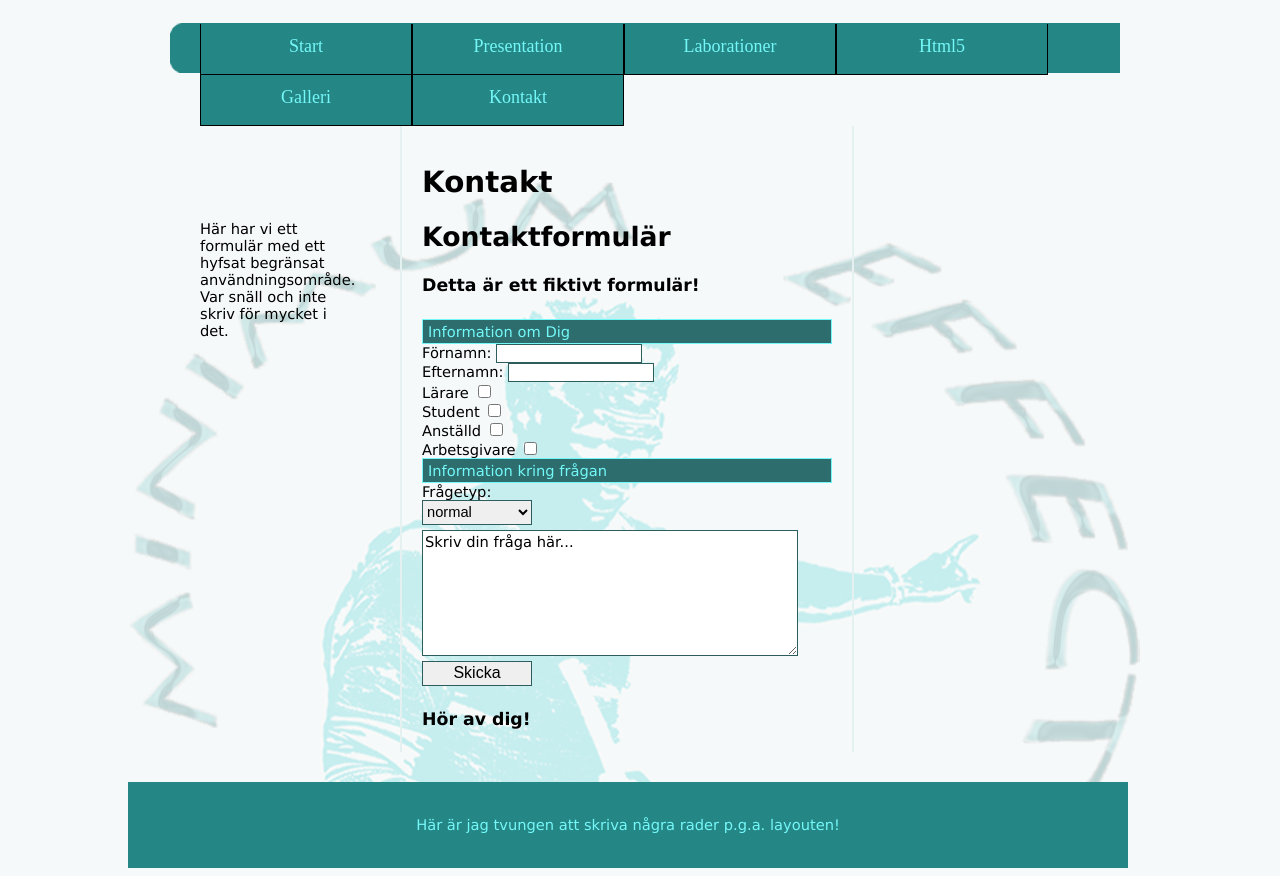
Repository: kb222jf/1ik415-laborationer
Page: Pages/Kontakt.html
The author's editor kept a record of every edit. The page is drawn from the files as they stood at one moment, then again after the next edit.
The browser window is 1280 px wide. The pictures show the whole page.
Backgrounds fixed to the window are drawn as part of the page.

Above is the page before.

### Pages/Kontakt.html
<!doctype html>
<html lang="sv">
	<head>
	<meta charset="utf-8" name="viewport" content="width:device-width, initial-scale=1" />
	<title>Kontakt</title>
  <!-- Favicon -->
        <link rel="shortcut icon" href="../Css/Pics/favicon.png" type="image/png" />
<!-- Apple touch icons -->
        <link rel="apple-touch-icon-precomposed" sizes="144x144" href="../Pics/apple-touch.icon-screen.png" />
        <link rel="apple-touch-icon-precomposed" sizes="114x114" href="../Pics/apple-touch.icon-720.png" />
        <link rel="apple-touch-icon-precomposed" sizes="57x57" href="../Pics/apple-touch.icon-480.png" />

<!-- All Devices -->
	    <link rel="stylesheet" href="../Css/Style.css" />
<!-- Resolution Screens > 720px -->
        <link rel="stylesheet" media="screen and (max-width: 1161px)" href="../Css/Screen.css" />
<!-- Resolution Smartphones <= 720px -->
        <link rel="stylesheet" media="only screen and (max-width:721px)" href="../Css/Mobile720.css" />
<!-- Resolution Smartphones <= 480px -->
        <link rel="stylesheet" media="only screen and (max-width: 481px)" href="../Css/Mobile480.css" />

</head>

<body>
<div id="container">

<!-- Meny start-->
    <div id="navigation">
        <ul>
            <li><a href="../Index.html">Start</a></li>
            <li><a href="Presentation.html">Presentation</a></li>
            <li><a href="Laborationer.html">Laborationer</a></li>
            <li><a href="Html5.html">Html5</a></li>
            <li><a href="../Gallery/index.html">Galleri</a></li>
            <li><a href="Kontakt.html">Kontakt</a></li>
        </ul>
    </div>
<!-- Meny slut-->

<div id="wrapper">

    <div id="context">
        <p>
          Här har vi ett formulär med ett hyfsat begränsat användningsområde.
          Var snäll och inte skriv för mycket i det.
        </p>
    </div>

    <div id="content">
        <h1>Kontakt</h1>

	    <h2>Kontaktformulär</h2>

	    <h4>Detta är ett fiktivt formulär!</h4>

    <form name="Kontaktform" id="Kontakt" action="http://voyager.lnu.se/tekinet/kurser/dtt/wp_webbintro/form.php" method="post">
				<legend>Information om Dig</legend>
				    Förnamn: <input type="email" class="name" name="fornamn"><br>
				    Efternamn: <input type="email" class="name" name="efternamn"><br>
                    Lärare <input type="checkbox" name="frågetyp" value="onodig"><br>
				    Student <input type="checkbox" name="frågetyp" value="normal"><br>
				    Anställd <input type="checkbox" name="frågetyp" value="relevant"><br>
                    Arbetsgivare <input type="checkbox" name="frågetyp" value="talangfull"><br>

				<legend>Information kring frågan</legend>
            	    Frågetyp: <br>
                    <select name="Frågetyp">
				    <option value="Onodig">onödig</option>
				    <option value="Normal" selected>normal</option>
				    <option value="Relevant">relevant</option>
				    <option value="Talangfull">talangfull</option>
				    </select><br>
                    <textarea type="email" name="Frågan"rows="4" cols="35" maxlength="70">Skriv din fråga här...
                    </textarea><br>
                    <input class="submit" type="submit" value="Skicka">

    </form>
	    <h4>Hör av dig!</h4>
    </div>
     <div id="news">
         <p>

        </p>
    </div>

</div>

    <div id="footer">
           <div id="footer-widget">
                <p>Här är jag tvungen att skriva några rader p.g.a. layouten!</p>
            </div>
    </div>

</div>
</body>
</html>

### Css/Style.css

 /* @media *//* Färger:
	 Body background: #f5f9f9
	 Footer: #258686
	 Menyknapp: #258686
	 Menyknapp hover: #b5bce1
	 Menyknaapp active: #194444

	 Typsnitt:
	 Meny: Source Sans Pro
	 Body: Lucida Sans Unicode
*/

@media all
{
    body
	{
	    margin-left:auto;
        margin-right:auto;
        overflow: auto;
        width:100%;
	    /* border: 4px solid red; */
		font-family: 'Lucida Sans Unicode';
		font-size: 11pt;
		background:#f5f9f9
	}

	h2
	{
	   font-size:20pt;
	}

	h3
	{
	    font-size:16pt;
	}

	h4
	{
	    font-size:13pt;
	}

	h5
	{
	    font-family: 'Source Sans Pro';
	    text-decoration: underline;
        font-size: 18px;

	}

/*Div-taggar start*/
	#container
	{
	    float: none;
	    overflow: none;
	    /* border: 4px solid blue; */
	    margin-left:auto;
        margin-right:auto;
        width:1024px;
        background:#f5f9f9 url('Pics/back-screen.png') no-repeat;
	    background-size:1024px;
	    background-attachment: fixed;
	    background-position:50% 2%;
	}

@media screen, handheld, projection, tv {

	#navigation
	{
	    float: none;
	    /* border: 4px solid blue; */
        width:960px;
        height: 80px;
		margin-left:auto;
        margin-right:auto;
		padding:1px 0px 0px 0px;
		background:#f5f9f9 url('Pics/meny-klar.png') no-repeat;
	}

	#wrapper
	{
	    float: none;
	    width:1000px;
	    /* border: 4px solid green; */
	    margin:auto;
	    overflow: auto;
	}


	#context
	{
	    float: left;
	    width: 150px;
	    /* border: 4px solid blue; */
	    margin:auto;
	    padding:80px 50px 20px 60px;
	}

	#content
	{
		border-right: solid #e5f0f0 2px;
		border-left: solid #e5f0f0 2px;
        float: left;
	    width: 410px;
	    /* border: 4px solid blue; */
	    margin:auto;
        padding: 20px 20px 0px 20px;
	}

	#news
	{
	    float: left;
	    width: 150px;
	    /* border: 4px solid blue; */
	    margin:auto;
        padding:70px 0px 20px 40px;
        list-style-image:url('Pics/blogg-klar.png');
	}

	#footer
	{
	    width: 960px;
	    background-color: #258686;
	    color: #74f7f7;
	    margin-top: 30px;
	    padding: 20px 20px 20px 20px;
	}

	#footer-widget
	{
	    width:80%;
	    margin-right: auto;
	    margin-left: auto;
	    background-color: #258686;
	    color: #74f7f7;
	    text-align: center;
	}
/*Div-taggar slut*/

/*Meny start*/
    #navigation a
	{
	    font-family: 'Source Sans Pro';
	    color: #74f7f7;
	    text-decoration: none;
        font-size: 18px;
        background: #258686;
        height: 30px;
        width: 180px;
        border-left: solid black medium;
        border-left-width:1px;
        border-right: solid black medium;
        border-right-width:1px;
        border-bottom: solid black medium;
        border-bottom-width:1px;
        margin-left:auto;
        margin-right:auto;
		padding: 12px 15px 8px 15px;
        float: left;
	}

	#navigation ul
	{
	    list-style: none;
	    text-align: center;
	}

	#navigation :hover
	{
		box-shadow: inset 5px 10px 10px 10px #276e6e;
	}

	.active
	{
		box-shadow: inset 20px 20px 20px 15px #2e5d5d;
	}
/*Meny slut*/

} /* @media */

/*Laborationstabell start*/
	#Resultat
	{
	    width: 405px;
	    height: 600px;
	}

	#Resultat td, #Resultat th, #Resultat tfoot
	{
	    border:3px transparent;
	    padding:3px 2px 2px 2px;
	}

	#Resultat th
	{
        padding-top:5px;
        padding-bottom:4px;
        background-color:#2e5d5d;
        color:#74f7f7;
        border:3px solid #f5f9f9;
	}

	#Resultat .labb
	{

	    border:3px solid #2e5d5d;
	}
/*Laborationstabell slut*/

/*Kontaktformulär start*/
    #Kontakt legend
    {
        padding:3px 5px 3px 5px;
        background-color:#2d6d6d;
        color:#74f7f7;
        border:1px solid #74f7f7;
    }

    #Kontakt input.name
    {
        width:140px;
        border:1px solid #2e5d5d;
    }

    #Kontakt fieldset
    {
        font-size:12pt;
        border:1px solid #2e5d5d;
    }

    #Kontakt select
    {
        height: 25px;
        width: 110px;
        font-size:11pt;
        border:1px solid #2e5d5d;
        margin:0px 0px 5px 0px;
    }

    #Kontakt textarea
    {
        height: 120px;
        width: 370px;
        font-size:11pt;
        font-family: 'Lucida Sans Unicode';
        border:1px solid #2e5d5d;
    }

    #Kontakt input.submit
    {
        height: 25px;
        width: 110px;
        font-size:12pt;
        border:1px solid #2e5d5d;
        margin:2px 0px 0px 0px;
    }
/*Kontaktformulär slut*/

/*Sprites*/

    #spritediv
	{
        height: 25px;
	    width: 400px;
	    /* border: 4px solid blue; */
	    margin:auto;
        padding-right: 50px;
	}

    #spritelist li
    {
        margin: 0;
        padding: 0;
        list-style: none;
        position: absolute;
        top: 0;
    }

    #spritelist li, #spritelist a
    {
        height: 24px;
        display: block;
    }
    #spritelist
    {
        position: relative;
    }
    #hus
    {
        left:0px;width:24px;
    }
    #hus
    {
        background:url("Pics/sprite.png") 0px 0px;
    }
    #hus a:hover
    {
        background: url("Pics/sprite.png") 0px -48px;
    }
    #hammare
    {
        left:80px;width:24px;
    }
    #hammare
    {
        background:url("Pics/sprite.png") 0px -96px;
    }
    #hammare a:hover
    {
        background: url("Pics/sprite.png") 0px -144px;
    }#foto
    {
        left:160px;width:24px;
    }
    #foto
    {
        background:url("Pics/sprite.png") 0px -192px;
    }
    #foto a:hover
    {
        background: url("Pics/sprite.png") 0px -240px;
    }#brev
    {
        left:240px;width:24px;
    }
    #brev
    {
        background:url("Pics/sprite.png") 0px -288px;
    }
    #brev a:hover
    {
        background: url("Pics/sprite.png") 0px -336px;
    }

/*Finlir*/
	#Presbild
	{
	    float: right;
	    margin:10px 0px 10px 10px;
	    border:3px solid #2e5d5d;
	}

	.left
	{
	    float: left;
	    margin:0px 20px 10px 0px;
	    border:3px solid #2e5d5d;
	}

	.none
	{
	    float: none;
	    margin:10px 20px 10px 0px;
	    border:3px solid #2e5d5d;
	}
/* @media */

### Css/Screen.css
 /* @media *//* Färger:
	 Body background: #f5f9f9
	 Footer: #258686
	 Menyknapp: #258686
	 Menyknapp hover: #b5bce1
	 Menyknaapp active: #194444

	 Typsnitt:
	 Meny: Source Sans Pro
	 Body: Lucida Sans Unicode
*/

@media all
{
    body
	{
	    margin-left:auto;
        margin-right:auto;
        overflow: auto;
        width:100%;
	    /* border: 4px solid red; */
		font-family: 'Lucida Sans Unicode';
		font-size: 10pt;
		background:#f5f9f9
	}

	h2
	{
	   font-size:20pt;
	}

	h3
	{
	    font-size:16pt;
	}

	h4
	{
	    font-size:13pt;
	}

	h5
	{
	    font-family: 'Source Sans Pro';
	    text-decoration: underline;
        font-size: 18px;

	}

/*Div-taggar start*/
	#container
	{
	    float: none;
	    overflow: none;
	    /* border: 2px solid blue; */
	    margin-left:auto;
        margin-right:auto;
        width: 99%;
        background:#f5f9f9 url('Pics/back-screen.png') no-repeat;
	    background-size:1024px;
	    background-attachment: fixed;
	    background-position:50% 2%;
	}



	#navigation
	{
	    float: none;
	    /* border: 1px solid blue; */
        width: 96%;
        height: 80px;
		margin-left:auto;
        margin-right:auto;
		padding:1px 0px 0px 0px;
		background: #f5f9f9;

	}

	#wrapper
	{
	    float: none;
	    width: 96%;
	    /* border: 2px solid green; */
	    margin:auto;
	    overflow: auto;
	}


	#context
	{
	    float: left;
	    width: 11%;
	    /* border: 1px solid blue; */
	    margin:auto;
	    padding:80px 30px 20px 40px;
	}

	#content
	{
		border-right: solid #e5f0f0 2px;
		border-left: solid #e5f0f0 2px;
        float: left;
	    width: 44%;
	    /* border: 1px solid blue; */
	    margin: 0% 3% 1% 6%;
        padding:0px 15px 0px 20px;
	}

	#news
	{
	    float: left;
	    width: 10%;
	    /* border: 1px solid blue; */
	    margin:auto;
        padding: 70px 0px 20px 10px;
        list-style-image:url('Pics/blogg-klar.png');
	}

	#footer
	{
	    width:98%;
	    /* : 4px solid blue; */
	    background-color: #258686;
	    color: #74f7f7;
	    margin-top: 30px;
	    padding: 20px 20px 20px 20px;
	    float: none;

	}

	#footer-widget
	{
	    width:80%;
	    margin-right: auto;
	    margin-left: auto;
	    background-color: #258686;
	    color: #74f7f7;
	    text-align: center;
	}
/*Div-taggar slut*/

/*Meny start*/
     #navigation a
	{
	    font-family: 'Source Sans Pro';
	    color: #74f7f7;
	    text-decoration: none;
        font-size: 18px;
        background: #258686;
        height: 28px;
        width: 21%;
        border-left: solid black medium;
        border-left-width:1px;
        border-right: solid black medium;
        border-right-width:1px;
        border-bottom: solid black medium;
        border-bottom-width:1px;
        margin-left:auto;
        margin-right:auto;
		padding: 14px 8px 10px 8px;
        float: left;
	}

	#navigation ul
	{
	    list-style: none;
	    text-align: center;
	}

	#navigation :hover
	{
		box-shadow: inset 5px 10px 10px 10px #276e6e;
	}

	.active
	{
		box-shadow: inset 20px 20px 20px 15px #2e5d5d;
	}
/*Meny slut*/

 /* @media */

/*Laborationstabell start*/
	#Resultat
	{
	    width: 405px;
	    height: 600px;
	}

	#Resultat td, #Resultat th, #Resultat tfoot
	{
	    border:3px transparent;
	    padding:3px 2px 2px 2px;
	}

	#Resultat th
	{
	    font-family: 'Source Sans Pro';
        text-transform:capitalize;
        font-size: 16px;
        padding-top:5px;
        padding-bottom:4px;
        background-color:#2e5d5d;
        color:#74f7f7;
        border:3px solid #f5f9f9;
	}

	#Resultat .labb
	{

	    border:3px solid #2e5d5d;
	}
/*Laborationstabell slut*/

/*Kontaktformulär start*/
     #Kontakt legend
    {
        font-family: 'Source Sans Pro';
        text-transform:capitalize;
        font-size: 18px;
        margin-top: 20px;
        margin-bottom: 8px;
        padding:5px 8px 5px 8px;
        background-color:#258686;
        color:#74f7f7;
        border:1px solid black;
    }

    #Kontakt input.name
    {
        width:140px;
        border:1px solid #2e5d5d;
    }

    #Kontakt select
    {
        height: 25px;
        width: 110px;
        font-size:11pt;
        border:1px solid #2e5d5d;
        margin:0px 0px 5px 0px;
    }

    #Kontakt textarea
    {
        height: 120px;
        width: 370px;
        font-size:11pt;
        font-family: 'Lucida Sans Unicode';
        border:1px solid #2e5d5d;
    }

    #Kontakt input.submit
    {
        height: 25px;
        width: 110px;
        font-size:12pt;
        border:1px solid #2e5d5d;
        margin:2px 0px 0px 0px;
    }
/*Kontaktformulär slut*/

/*Sprites*/

    #spritediv
	{
        height: 25px;
	    width: 400px;
	    /* border: 4px solid blue; */
	    margin:auto;
        padding-right: 50px;
	}

    #spritelist li
    {
        margin: 0;
        padding: 0;
        list-style: none;
        position: absolute;
        top: 0;
    }

    #spritelist li, #spritelist a
    {
        height: 24px;
        display: block;
    }
    #spritelist
    {
        position: relative;
    }
    #hus
    {
        left:0px;width:24px;
    }
    #hus
    {
        background:url("Pics/sprite.png") 0px 0px;
    }
    #hus a:hover
    {
        background: url("Pics/sprite.png") 0px -48px;
    }
    #hammare
    {
        left:80px;width:24px;
    }
    #hammare
    {
        background:url("Pics/sprite.png") 0px -96px;
    }
    #hammare a:hover
    {
        background: url("Pics/sprite.png") 0px -144px;
    }#foto
    {
        left:160px;width:24px;
    }
    #foto
    {
        background:url("Pics/sprite.png") 0px -192px;
    }
    #foto a:hover
    {
        background: url("Pics/sprite.png") 0px -240px;
    }#brev
    {
        left:240px;width:24px;
    }
    #brev
    {
        background:url("Pics/sprite.png") 0px -288px;
    }
    #brev a:hover
    {
        background: url("Pics/sprite.png") 0px -336px;
    }

/*Finlir*/
	#Presbild
	{
	    float: right;
	    margin:10px 0px 10px 10px;
	    border:3px solid #2e5d5d;
	}

	.left
	{
	    float: left;
	    margin:0px 20px 10px 0px;
	    border:3px solid #2e5d5d;
	}

	.none
	{
	    float: none;
	    margin:10px 20px 10px 0px;
	    border:3px solid #2e5d5d;
	}
}/* @media */

### Css/Mobile480.css

 /* @media *//* Färger:
	 Body background: #f5f9f9
	 Footer: #258686
	 Menyknapp: #258686
	 Menyknapp hover: #b5bce1
	 Menyknaapp active: #194444

	 Typsnitt:
	 Meny: Source Sans Pro
	 Body: Lucida Sans Unicode
*/

@media all
{
    body
	{
	    margin-left:auto;
        margin-right:auto;
        overflow: visible;
        overflow-x:hidden;
        width:100%;
	    /* border: 4px solid red; */
		font-family: 'Lucida Sans Unicode';
		font-size: 11pt;
		background:#f5f9f9
	}

	h2
	{
	   font-size:20pt;
	}

	h3
	{
	    font-size:16pt;
	}

	h4
	{
	    font-size:13pt;
	}

	h5
	{
	    font-family: 'Source Sans Pro';
	    text-decoration: none;
        font-size: 18px;
        border-bottom: solid black 1px;
        margin-right: 14px;

	}

/*Div-taggar start*/
	#container
	{
	    float: none;
	    overflow-x:hidden;
	    /* border: 1px solid blue; */
	    margin-left:auto;
        margin-right:auto;
        width:99%;
        overflow: auto;
        background:#f5f9f9 url('Pics/back-mobile720.png') no-repeat;
	    background-size:480px;
	    background-attachment: fixed;
	    background-position: 50% 50%;
	}

	#navigation
	{
	    float: left;
	    /* border: 1px solid blue; */
        width: 98%;
        height: 290px;
		margin-left:auto;
        margin-right:auto;
	}

	#wrapper
	{

	    float: none;
	    width:98%;
	    /* border: 1px solid green; */
	    margin-left:auto;
        margin-right:auto;
	    overflow-x:hidden;
	}


	#context
	{
	    float: left;
	    width: 86%;
	    /* border: 1px solid blue; */
	    margin: 30px auto 20px auto;

	}

	#content
	{
		border: solid #258686 1px;
		-webkit-border-radius: 4px 4px 4px 4px;
		border-radius: 4px 4px 4px 4px;
        float: left;
	    width: 86%;
	    /* border: 1px solid #258686; */
	    margin: 0px 20px 20px 20px;
	    padding: 2px 10px 10px 15px
	}

	#news
	{
	    float: left;
	    width: 88%;
	    /* border: 1px solid blue; */
	    margin:auto;
	    margin-left: 40px;
	    margin-right: 40px;
	    background-color: transparent;
        padding:0px 0px 0px 20px;
        list-style-image:url('Pics/blogg-klar.png');
        overflow: auto;
	}

	#footer
	{
	    width:98%;
	    /* : 4px solid blue; */
	    background-color: #258686;
	    color: #74f7f7;
	    margin-top: 30px;
	    padding: 20px 20px 20px 20px;
	    float: none;

	}

	#footer-widget
	{
	    width:70%;
	    margin-right: auto;
	    margin-left: auto;
	    background-color: #258686;
	    color: #74f7f7;
	    text-align: center;
	}
/*Div-taggar slut*/

/*Meny start*/
    #navigation a
	{
	    font-family: 'Source Sans Pro';
	    color: #74f7f7;
	    text-decoration: none;
        font-size: 18px;
        background: #258686;
        height: 25px;
        width: 82%;
        border-left: solid black medium;
        border-left-width:1px;
        border-right: solid black medium;
        border-right-width:1px;
        border-bottom: solid black medium;
        border-bottom-width:1px;
        margin-left:auto;
        margin-right:auto;
		padding: 10px 9px 10px 9px;
        float: left;
	}

	#navigation ul
	{
	    list-style: none;
	    text-align: center;
	}

	#navigation :hover
	{
		box-shadow: inset 5px 10px 10px 10px #276e6e;
	}

	.active
	{
		box-shadow: inset 20px 20px 20px 15px #2e5d5d;
	}
/*Meny slut*/

}  /* @media */

/*Laborationstabell start*/
	#Resultat
	{
	    width: 90%;
	    height: 600px;
	}

	#Resultat td, #Resultat th, #Resultat tfoot
	{
	    border:3px transparent;
	    padding:3px 2px 2px 2px;
	}

	#Resultat th
	{
	    font-family: 'Source Sans Pro';
        text-transform:capitalize;
        font-size: 16px;
        padding-top:5px;
        padding-bottom:4px;
        background-color:#2e5d5d;
        color:#74f7f7;
        border:3px solid #f5f9f9;
	}

	#Resultat .labb
	{

	    border:3px solid #2e5d5d;
	}
/*Laborationstabell slut*/

/*Kontaktformulär start*/
    #Kontakt legend
    {
        font-family: 'Source Sans Pro';
        text-transform:capitalize;
        font-size: 18px;
        margin-top: 20px;
        margin-bottom: 8px;
        padding:5px 8px 5px 8px;
        background-color:#258686;
        color:#74f7f7;
        border:1px solid black;
    }

    #Kontakt input.name
    {
        width:140px;
        border:1px solid #2e5d5d;
    }

    #Kontakt select
    {
        height: 25px;
        width: 110px;
        font-size:11pt;
        border:1px solid #2e5d5d;
        margin:0px 0px 5px 0px;
    }

    #Kontakt textarea
    {
        height: 120px;
        width: 370px;
        font-size:11pt;
        font-family: 'Lucida Sans Unicode';
        border:1px solid #2e5d5d;
    }

    #Kontakt input.submit
    {
        height: 25px;
        width: 110px;
        font-size:12pt;
        border:1px solid #2e5d5d;
        margin:2px 0px 0px 0px;
    }
/*Kontaktformulär slut*/

/*Sprites*/

    #spritediv
	{
        height: 25px;
	    width: 400px;
	    /* border: 4px solid blue; */
	    margin:auto;
        padding-right: 50px;
	}

    #spritelist li
    {
        margin: 0;
        padding: 0;
        list-style: none;
        position: absolute;
        top: 0;
    }

    #spritelist li, #spritelist a
    {
        height: 24px;
        display: block;
    }
    #spritelist
    {
        position: relative;
    }
    #hus
    {
        left:0px;width:24px;
    }
    #hus
    {
        background:url("Pics/sprite.png") 0px 0px;
    }
    #hus a:hover
    {
        background: url("Pics/sprite.png") 0px -48px;
    }
    #hammare
    {
        left:80px;width:24px;
    }
    #hammare
    {
        background:url("Pics/sprite.png") 0px -96px;
    }
    #hammare a:hover
    {
        background: url("Pics/sprite.png") 0px -144px;
    }#foto
    {
        left:160px;width:24px;
    }
    #foto
    {
        background:url("Pics/sprite.png") 0px -192px;
    }
    #foto a:hover
    {
        background: url("Pics/sprite.png") 0px -240px;
    }#brev
    {
        left:240px;width:24px;
    }
    #brev
    {
        background:url("Pics/sprite.png") 0px -288px;
    }
    #brev a:hover
    {
        background: url("Pics/sprite.png") 0px -336px;
    }

/*Finlir*/
	#Presbild
	{
	    float: right;
	    margin:10px 0px 10px 10px;
	    border:3px solid #2e5d5d;
	}

	.left
	{
	    float: left;
	    margin:0px 20px 10px 0px;
	    border:3px solid #2e5d5d;
	}

	.none
	{
	    float: none;
	    margin:10px 20px 10px 0px;
	    border:3px solid #2e5d5d;
	}
} /* @media */

Loaded but not shown: Css/Mobile720.css (375 lines, source omitted)

After the next edit:
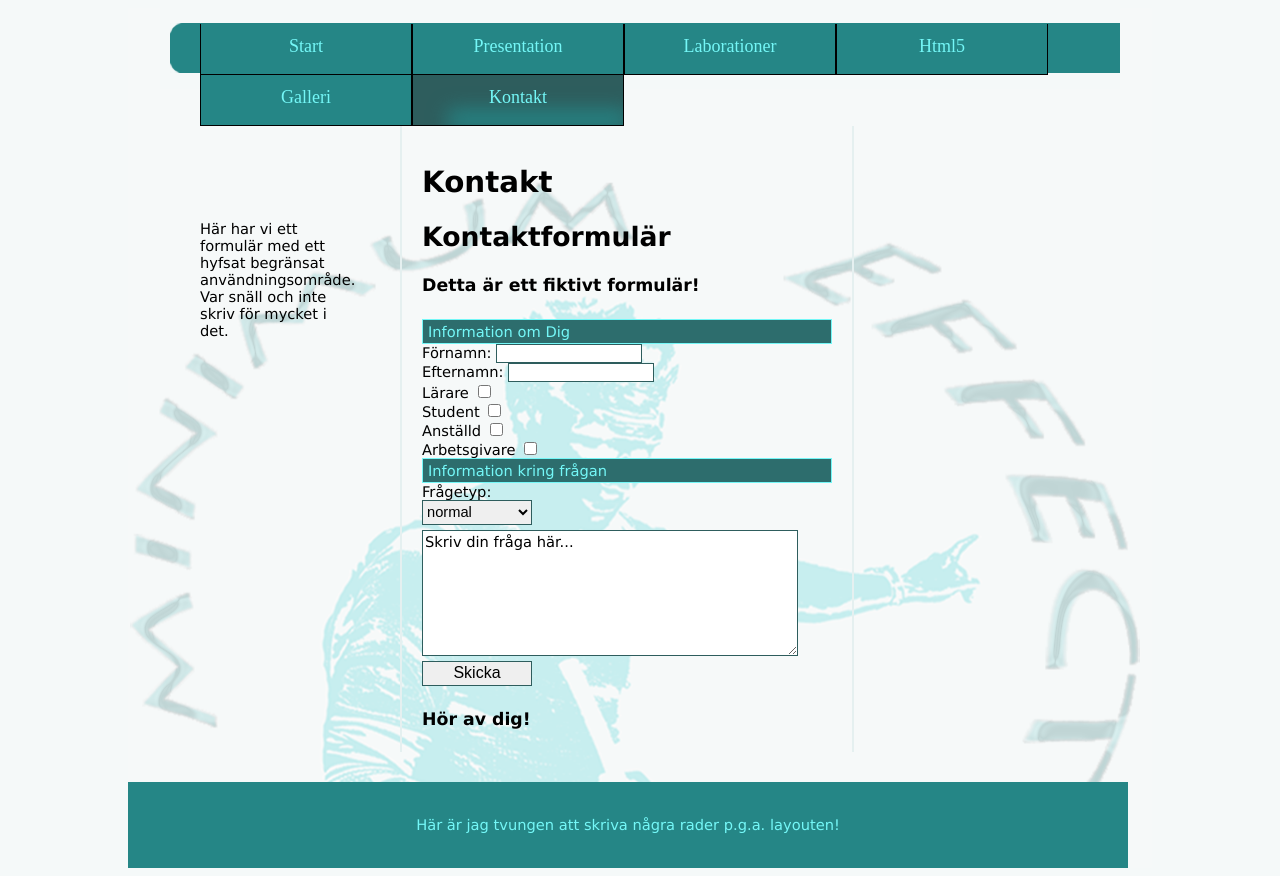
The edit:
--- a/Pages/Kontakt.html
+++ b/Pages/Kontakt.html
@@ -32,7 +32,7 @@
             <li><a href="Laborationer.html">Laborationer</a></li>
             <li><a href="Html5.html">Html5</a></li>
             <li><a href="../Gallery/index.html">Galleri</a></li>
-            <li><a href="Kontakt.html">Kontakt</a></li>
+            <li><a href="Kontakt.html" class="active">Kontakt</a></li>
         </ul>
     </div>
 <!-- Meny slut-->
